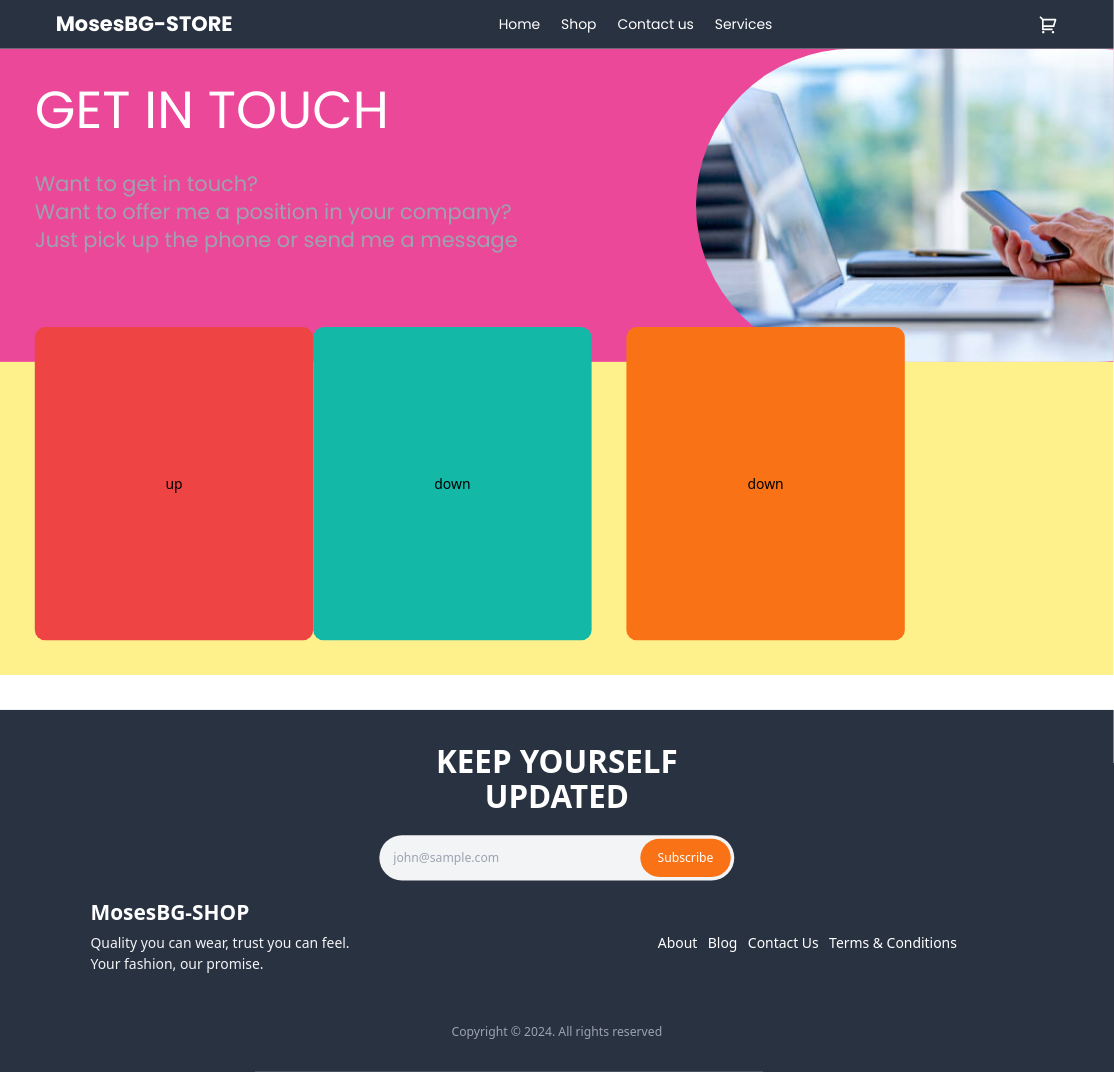
Repository: moshebengan/cart
Page: /fake-store/contact-us
The author's editor kept a copy of each file at every save. The page is drawn from the files as they stood at one save, then again after the next save.
The browser window is 1280 px wide. The pictures show the whole page, at 87% of full size.
The project was rebuilt for these pictures with package versions that can differ from the ones it lists, and the page was loaded fresh each time. Also part of the build but not shown: vite.config.js, src/components/Error.jsx, src/utils/data.js, src/utils/apiCalls.js, src/components/Loading.jsx, src/components/Products.jsx, src/pages/HomePage.jsx, src/components/EmptyCart.jsx and 4 more.

Above is the page before, as saved 2024-09-16 09:02:47.

### index.html
<!DOCTYPE html>
<html lang="en">
  <head>
    <meta charset="UTF-8" />
    <link rel="icon" type="image/svg+xml" href="/vite.svg" />
    <meta name="viewport" content="width=device-width, initial-scale=1.0" />
    <link rel="preconnect" href="https://fonts.googleapis.com" />
    <link rel="preconnect" href="https://fonts.gstatic.com" crossorigin />
    <link
      href="https://fonts.googleapis.com/css2?family=Poppins:ital,wght@0,100;0,200;0,300;0,400;0,500;0,600;0,700;0,800;0,900;1,100;1,200;1,300;1,400;1,500;1,600;1,700;1,800;1,900&display=swap"
      rel="stylesheet"
    />
    <title>MosesBG-SHOP</title>
  </head>
  <body>
    <div id="root"></div>
    <script type="module" src="/src/main.jsx"></script>
  </body>
</html>

### src/main.jsx
import { StrictMode } from 'react'
import { createRoot } from 'react-dom/client'

import './index.css'
import { createBrowserRouter, RouterProvider } from 'react-router-dom'
import routes from './routes.jsx'

const router = createBrowserRouter(routes)

createRoot(document.getElementById('root')).render(
  <StrictMode>
    <RouterProvider router={router} />
  </StrictMode>,
)

### src/index.css
@tailwind base;
@tailwind components;
@tailwind utilities;

body,
html {
  height: 100%;
  width: 100%;
}

.container {
  width: 90%;
  margin: auto;
}

### src/routes.jsx
import Error from "./components/Error";
import ContactUs from "./pages/ContactUs";
import HomePage from "./pages/HomePage";
import MyCart from "./pages/MyCart";
import NavigationBar from "./pages/NavigationBar";
import ShopPage from "./pages/ShopPage";


const routes = [
	{
		path: '/fake-store',
		element: <NavigationBar />,
		children: [
			{
				path:"home",
				element:<HomePage/>,
				errorElement: <Error/>
			},
			{ 	path: 'shop',
				 	element: <ShopPage />,
					errorElement: <Error/>

			},
			{
				path: 'cart',
				element: <MyCart />,
				errorElement: <Error/>
			},
			{
				path:'contact-us',
				element: <ContactUs/>,
				errorElement: <Error />
			}
		]

	},

];

export default routes

### src/pages/ContactUs.jsx
import Footer from "../components/Footer"


const ContactUs = () => {
  return (
    <>
    <div className="w-full h-screen flex flex-col overflow-x-hidden">
    <div className="bg-dark-blue w-full h-[50%] relative">
        <div className="h-full bg-pink-500 flex flex-col">
            <h3 className="text-white text-6xl ml-10 mt-10 font-poppins">GET IN TOUCH</h3>
            <h4 className="text-gray-400 text-2xl ml-10 mt-10 font-poppins">Want to get in touch? <br/>Want to offer me a position in your company?<br/>Just pick up the phone or send me a message</h4>
        </div>
      <img src="/public/contactus2.jpg" alt="" className="w-[50%] h-full absolute -right-40 top-0 rounded-full object-cover"  />
      </div>
      <div className="w-full h-[50%] bg-yellow-200 flex flex-row relative ">
        <div className="absolute ml-10 w-1/4 h-full bg-red-500 left-0  -top-10 flex items-center justify-center rounded-xl md:relative" >up</div>
        <div className="absolute mr-10 w-1/4 h-full bg-teal-500 right-0 -top-10 flex items-center justify-center rounded-xl md:relative">down</div>
        <div className="absolute mr-10 w-1/4 h-full bg-orange-500 right-0 -top-10 flex items-center justify-center rounded-xl md:relative">down</div>
        {/* <div className="absolute -top-10 left-10 bg-yellow-300 flex-initial w-64">left</div>
        <div className="absolute -top-10 right-10 bg-pink-400 flex-initial w-32 ">right</div> */}
      </div>
      {/* <div className="bg-white w-full h-[10%]"></div> */}

    </div>

    <Footer/>

    </>
  )
}

export default ContactUs

### src/pages/NavigationBar.jsx
import { useState } from "react";
import { Link, Outlet } from "react-router-dom";
import { IoMdMenu, IoMdClose } from "react-icons/io";
import Cart from "../components/Cart";

const NavigationBar = () => {
  const [isOpen, setIsOpen] = useState(false);
  const [cartItems, setCartItems] = useState(0);

  const openNav = () => {
    setIsOpen(!isOpen);
  };

  const resetNav = () => {
    if (isOpen) setIsOpen(!isOpen);
  };

  return (
    <>
      <div className="w-full bg-dark-blue font-poppins">
        <div className="container">
          <nav className="py-3 flex justify-between items-center text-white">
            <h1 className="font-bold text-2xl">MosesBG-STORE</h1>
            <div className="hidden md:flex gap-6">
              <Link to={"/fake-store/home"}>Home</Link>
              <Link to={"/fake-store/shop"}>Shop</Link>
              <Link to={"/fake-store/contact-us"}>Contact us</Link>
              <Link>Services</Link>
            </div>
            <div className="flex flex-row items-center gap-5">
              <Cart resetNav={resetNav} items={cartItems} />
              <div className="z-50 md:hidden">
                <button className="flex items-center">
                  {isOpen ? (
                    <IoMdClose className="p1" onClick={openNav} />
                  ) : (
                    <IoMdMenu className="p1" onClick={openNav} />
                  )}
                </button>
              </div>
            </div>
          </nav>
          <div
            className={`container text-dark-blue ${
              isOpen ? "block" : "hidden"
            } `}
          >
            <div className="z-40 fixed top-0 left-0 bottom-0 w-full bg-dark-blu opacity-35"></div>
            <nav className="z-50 fixed top-0 left-0 bottom-0 flex flex-col gap-10 w-5/6 max-w-sm py-6 px-6 bg-[#F8F8F8] overflow-y-auto">
              <div>
                <h1 className="font-bold text-3xl">MosesBG-SHOP</h1>
                <hr className="h-px mt-3 bg-gray-200 border-0" />
              </div>
              <div className="flex flex-col gap-5">
                <Link
                  to={"/fake-store"}
                  className="nav-item-hover"
                  onClick={resetNav}
                >
                  Home
                </Link>
                <Link
                  to={"/fake-store/shop"}
                  className="nav-item-hover"
                  onClick={resetNav}
                >
                  Shop
                </Link>
                <Link className="nav-item-hover">Contact Us</Link>
                <Link className="nav-item-hover">Services</Link>
                <hr className="h-px mt-3 bg-gray-200 border-0" />
              </div>
            </nav>
          </div>
        </div>
      </div>
      <div className="h-screen w-auto">
        <Outlet context={[cartItems, setCartItems]} />
      </div>
    </>
  );
};

export default NavigationBar;

### src/components/Footer.jsx
import { Link } from "react-router-dom";

const Footer = () => {
  return (
    <footer className="w-full h-auto bg-dark-blue mt-10 pb-5">
      <div className="mx-auto max-w-md text-center p-5">
        <h1 className="font-bold text-4xl text-white mt-5 mb-3">
          KEEP YOURSELF UPDATED
        </h1>
        <form className="mt-6">
          <div className="relative max-w-lg">
            <label className="sr-only" htmlFor="email">
              Email
            </label>
            <input
              type="email"
              name="email"
              id="email"
              placeholder="john@sample.com"
              className="w-full rounded-full border-gray-200 bg-gray-100 p-4 pe-32 text-sm font-medium focus:outline-none"
            />
            <button className="absolute end-1 top-1/2 -translate-y-1/2 rounded-full bg-orange-500 px-5 py-3 text-sm font-medium text-white hover:bg-orange-900">
              Subscribe
            </button>
          </div>
        </form>
      </div>
      <div className="container grid grid-cols-1 text-white my-10 md:grid-cols-2">
        <div className="w-full flex flex-col px-10 md:text-left ">
          <h1 className="font-bold text-2xl mb-2">MosesBG-SHOP</h1>
          <p className="mb-4 text-base text-gray-100">
          Quality you can wear, trust you can feel. <br />
          Your fashion, our promise.
          </p>
        </div>
        <div className="w-full flex justify-center items-center gap-6 flex-wrap md:gap-3">
          <Link>About</Link>
          <Link>Blog</Link>
          <Link>Contact Us</Link>
          <Link>Terms & Conditions</Link>
        </div>
      </div>
      <p className="mt-10 mb-4 text-sm text-gray-400 text-center">
        Copyright © 2024. All rights reserved
      </p>
    </footer>
  );
};

export default Footer;

### src/components/Cart.jsx
import { RiShoppingCart2Line } from "react-icons/ri";
import { Link } from "react-router-dom";

const Cart = ({ resetNav, items }) => {
  return (
    <Link to={"/fake-store/cart"} onClick={resetNav}>
      <div className="relative">
        <RiShoppingCart2Line size={"1.4em"} />
        <span className="absolute text-xs bg-orange-500 p-0.3 px-1 text-red-50 rounded-full -top-1.5 left-4">
          {items > 0 ? items : ""}
        </span>
      </div>
    </Link>
  );
};

export default Cart;

### tailwind.config.js
/** @type {import('tailwindcss').Config} */
export default {
  content: [
    "./index.html",
    "./src/**/*.{js,ts,jsx,tsx}",
  ],
  theme: {
    fontFamily: {
      poppins: ["Poppins", "sans-serif"]
    },
    extend: {
      backgroundImage: {
        "homepage-image": "url('/public/bghomepage.jpg')",
        "homepage-darker": "url('/public/darkerbg.jpg')",
        "contact-us-image": "url('/public/contactus.jpg')"
      },
      colors: {
      "dark-blue": "#293241"
    },
    keyframes: {
      'fade-in-out': {
        '0%': { opacity: '0', transform: 'scale(0.95)' },
        '100%': { opacity: '1', transform: 'scale(1)' },
      },
    },
    animation: {
      'fade-in-out': 'fade-in-out 0.5s ease-in-out', // Customize duration and easing
    },
  }
  },
  plugins: [],
}

After the next save:
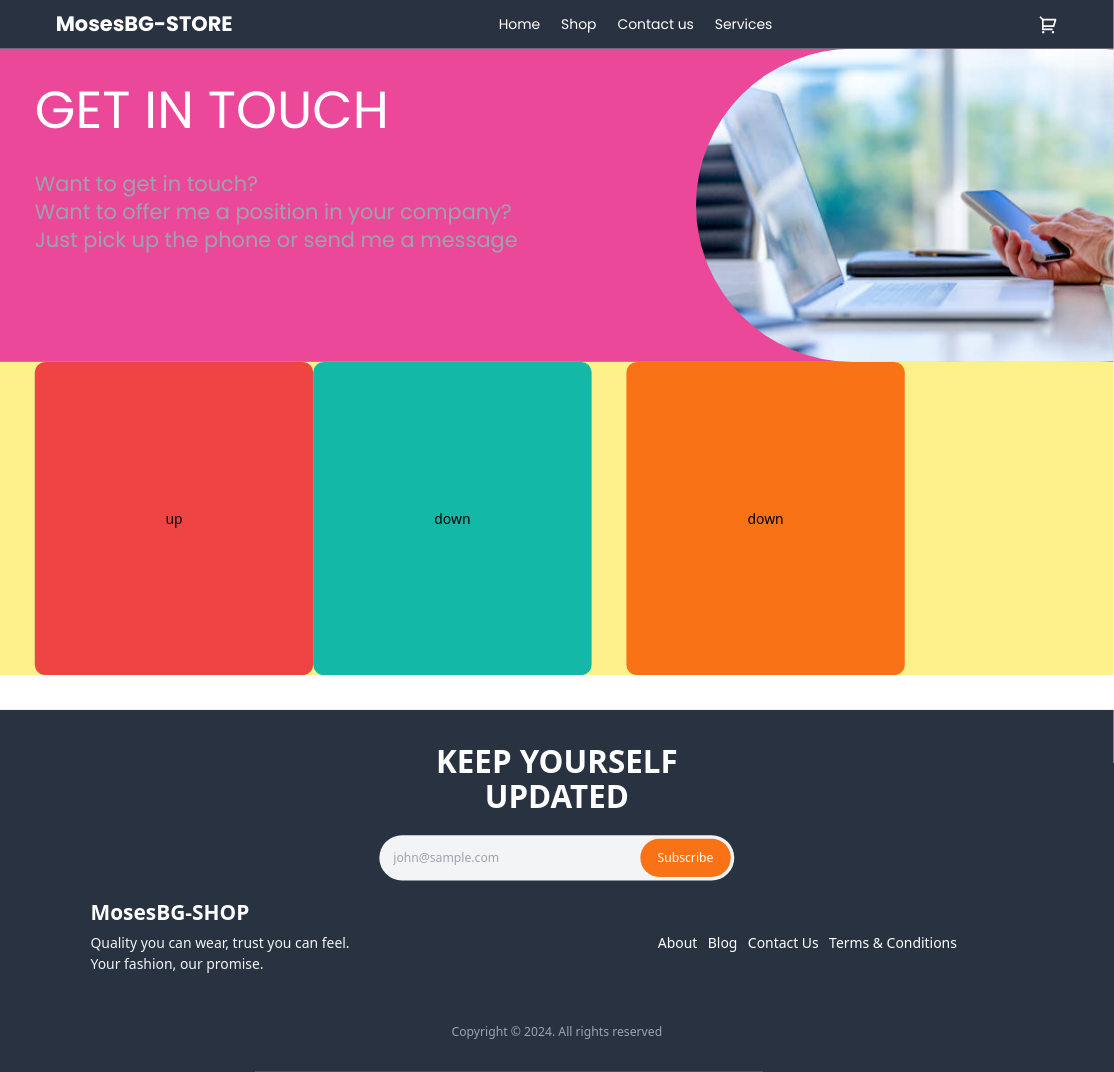
Saved 57 s later.
--- a/src/pages/ContactUs.jsx
+++ b/src/pages/ContactUs.jsx
@@ -13,9 +13,9 @@ const ContactUs = () => {
       <img src="/public/contactus2.jpg" alt="" className="w-[50%] h-full absolute -right-40 top-0 rounded-full object-cover"  />
       </div>
       <div className="w-full h-[50%] bg-yellow-200 flex flex-row relative ">
-        <div className="absolute ml-10 w-1/4 h-full bg-red-500 left-0  -top-10 flex items-center justify-center rounded-xl md:relative" >up</div>
-        <div className="absolute mr-10 w-1/4 h-full bg-teal-500 right-0 -top-10 flex items-center justify-center rounded-xl md:relative">down</div>
-        <div className="absolute mr-10 w-1/4 h-full bg-orange-500 right-0 -top-10 flex items-center justify-center rounded-xl md:relative">down</div>
+        <div className=" ml-10 w-1/4 h-full bg-red-500  flex items-center justify-center rounded-xl " >up</div>
+        <div className="mr-10 w-1/4 h-full bg-teal-500  flex items-center justify-center rounded-xl ">down</div>
+        <div className="mr-10 w-1/4 h-full bg-orange-500  flex items-center justify-center rounded-xl ">down</div>
         {/* <div className="absolute -top-10 left-10 bg-yellow-300 flex-initial w-64">left</div>
         <div className="absolute -top-10 right-10 bg-pink-400 flex-initial w-32 ">right</div> */}
       </div>
